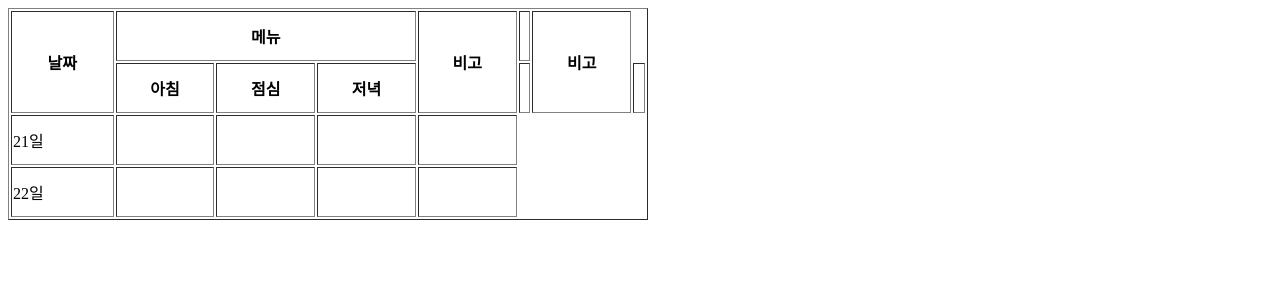
Repository: WonSeungUn/VSCODE
Page: web_work/Html/WebContent/eat_table.html
The author's editor kept a copy of each file at every save. The page is drawn from the files as they stood at one save, then again after the next save.
The browser window is 1280 px wide. The pictures show the whole page.

Above is the page before, as saved 2024-07-08 05:41:31.

After the next save:
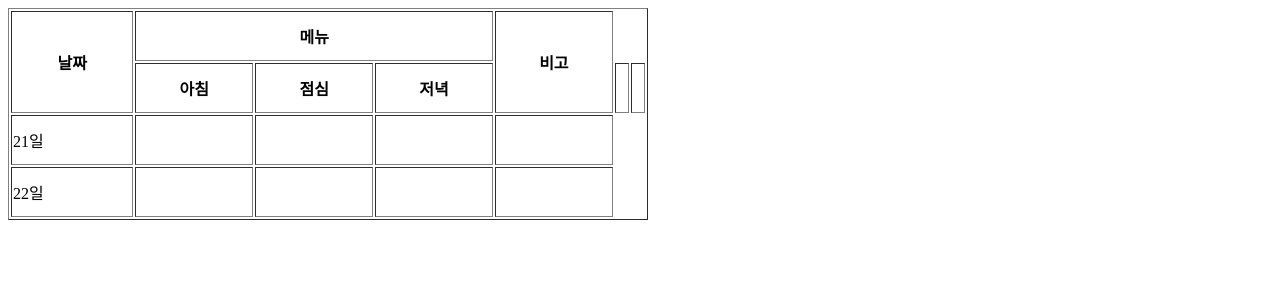
Saved 5 s later.
--- a/web_work/Html/WebContent/eat_table.html
+++ b/web_work/Html/WebContent/eat_table.html
@@ -11,8 +11,8 @@
 				<th rowspan="2">날짜</th>
 				<th colspan="3">메뉴</th>
 				<th rowspan="2">비고</th>
-				<th></th>
-				<th rowspan="2">비고</th>
+<!-- 				<th></th> -->
+<!-- 				<th rowspan="2">비고</th> -->
 			</tr>
 			<tr height="50">
 				<th>아침</th>
